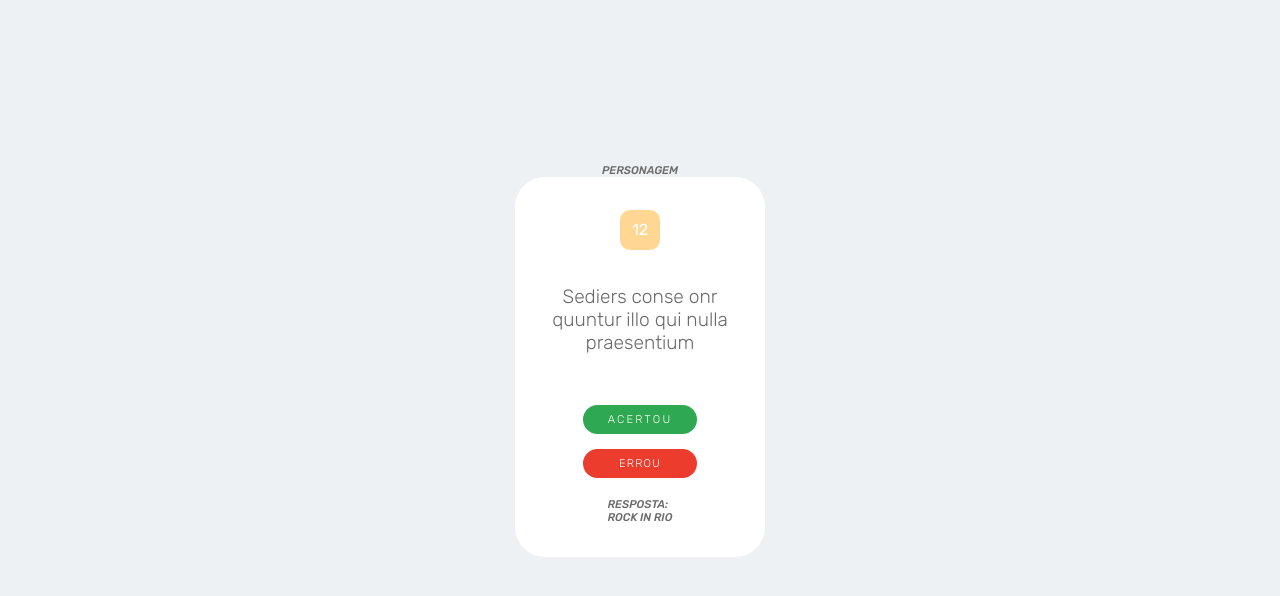
Repository: lucasthaynan/acertai
Page: index.html
These files come from the project's save history. The page is drawn as it stood at one moment and after the next save; the edit follows.
The browser window is 1280 px wide. The pictures show the whole page.

Above is the page before, as saved 2024-04-14 20:44:57.

### index.html
<!DOCTYPE html>
<html lang="en">
<head>
    <meta charset="UTF-8">
    <meta http-equiv="X-UA-Compatible" content="IE=edge">
    <meta name="viewport" content="width=device-width, initial-scale=1.0">
    <link rel="stylesheet" href="style.css">
    <title>AcertAí - Jogo</title>
</head>
<body>

    <section class="home">

        <div class="head-game">
            <img src="./imagens/logo.png" alt="">
            <div class="curve"></div>
        </div>

        <div class="option-times">
            <div class="two-times">2 times</div>
            <div class="three-times">3 times</div>
        </div>

    </section>

    <section class="info-times">

        <div class="container">
            <div class="name">
                <label>Nome do time</label>
                <input type="text" name="name_time" placeholder="Time A">
            </div>

            <div class="avatar">
                <p>Selecionar avatar</p>
                <div class="options-avatar">

                    <div class="image select" id="a">
                        <img src="./imagens/avatar/avatar_a.jpg" alt="">
                    </div>
                    <div class="image" id="b">
                        <img src="./imagens/avatar/avatar_a.jpg" alt="">
                    </div>
                    <div class="image" id="c">
                        <img src="./imagens/avatar/avatar_a.jpg" alt="">
                    </div>
                    <div class="image" id="d">
                        <img src="./imagens/avatar/avatar_a.jpg" alt="">
                    </div>
                    <div class="image" id="e">
                        <img src="./imagens/avatar/avatar_a.jpg" alt="">
                    </div>
                    <div class="image" id="f">
                        <img src="./imagens/avatar/avatar_a.jpg" alt="">
                    </div>
                </div>

            </div>

            <div class="container-btn">
                <input type="submit" value="Concluir">
            </div>

        </div>
    </section>


    <section class="random-category">
        <div class="category lugar view">
            <p>Lugar</p>
        </div>
        <div class="category personagem">
            <p>Personagem</p>
        </div>
        <div class="category tecnologia">
            <p>Tecnologia</p>
        </div>
        <div class="category objeto">
            <p>Objeto</p>
        </div>
        <div class="category ano">
            <p>Ano</p>
        </div>
    </section>

    <section class="select-tips personagem">

        <div class="name-category">
            <p>Personagem</p>
        </div>

        <div class="container options-game">

            <p>Escolher dica</p>

            <div class="options">
                <div class="btn" id="1">01</div>
                <div class="btn select" id="2">02</div>
                <div class="btn" id="3">03</div>
                <div class="btn" id="4">04</div>
                <div class="btn" id="5">05</div>
                <div class="btn" id="6">06</div>
                <div class="btn" id="7">07</div>
                <div class="btn" id="8">08</div>
                <div class="btn" id="9">09</div>
                <div class="btn" id="10">10</div>
                <div class="btn" id="11">11</div>
                <div class="btn" id="12">12</div>
                <div class="btn" id="13">13</div>
                <div class="btn" id="14">14</div>
                <div class="btn" id="15">15</div>
                <div class="btn" id="16">16</div>
                <div class="btn" id="17">17</div>
                <div class="btn" id="18">18</div>
                <div class="btn" id="19">19</div>
                <div class="btn" id="20">20</div>
            </div>

        </div>

        <div class="container tip">

            <div>
                <div class="number-tip">12</div>
                <div class="phrase">
                    <p>Sediers conse onr quuntur illo qui nulla praesentium</p>
                </div>
                <div class="btns-result">
                    <div class="right">Acertou</div>
                    <div class="missed">Errou</div>
                </div>

                <div class="result-correct">
                    <p>Resposta:</p>
                    <p class="name-correct">Rock in Rio</p>
                </div>
            </div>

        </div>

        <div class="time-process">
            <div class=""></div>
        </div>

    </section>



    <script src="./main.js"></script>
</body>
</html>

### style.css


@import url('https://fonts.googleapis.com/css2?family=Rubik:ital,wght@0,300..900;1,300..900&display=swap');


:root {
  --lugar: #FFD793;
  --personagem: #4074F5;
  --tecnologia: #28A37A;
  --objeto: #FE8369;
  --ano: #AF55CC;

  --bg-secundaria: #4074F5;
  --bg-claro: #FFFFFF;
  --bg: #EDF1F4;

  --text-claro: #FFFFFF;
  --text-escuro: #6A6A6A;

  --border: #E8EAEE;
  --border-active: #4074F5;

  --btn-right: #2FA852;
  --btn-missed: #EB3C2E;
}

* {
  margin: 0;
  padding: 0;

  font-family: "Rubik", sans-serif;
  font-optical-sizing: auto;
  font-size: 1rem;
  font-weight: 400;
  font-style: normal;

}


section {
    display: none;
    width: 100vw;
    height: 100vh;
    flex-direction: column;
    align-items: center;
    justify-content: flex-start;

}

p {
    font-size: 0.7rem;
    color: var(--text-escuro);
    font-style: italic;
    font-weight: 500;
    text-transform: uppercase;
}

/* HOME */

section.home {
    /* display: flex; */
    display: none;
    background-color: var(--bg);
}

section.home > div.head-game {
    display: flex;
    flex-direction: column;
    align-items: center;
    justify-content: center;
    width: 100vw;
    height: 230px;
    background-color: var(--bg-secundaria);
}

section.home > div.head-game img {
    width: 170px;
}

section.home > div.option-times {
    margin-top: 50px;
}

section.home > div.option-times > div {

    background-color: var(--btn-right);
    color: var(--text-claro);
    text-align: center;
    padding: 10px 40px;
    border-radius: 50px;
    margin-top: 30px;

    letter-spacing: 2.5px;
    text-transform: uppercase;
    font-weight: 300;
    font-size: 0.9rem;

    /* filter: drop-shadow(2px 2px 3px #d4d4d4); */

}


/* INFOS TIMES */

section.info-times {
    /* display: flex; */
    display: none;
    justify-content: center;
    align-items: center;
    background-color: var(--bg);
}

section.info-times .container {
    width: 250px;
    height: 400px;
    border-radius: 30px;
    background-color: var(--bg-claro);
}

section.info-times .avatar {
    display: flex;
    flex-direction: row;
    flex-wrap: wrap;
    justify-content: center;
    align-items: center;
}

section.info-times .options-avatar {
    display: flex;
    flex-direction: row;
    flex-wrap: wrap;
    justify-content: center;
    align-items: center;
    gap: 5px;
}


section.info-times .avatar img {
    width: 60px;
    border: 2px solid var(--border);
    border-radius: 16px;
    cursor: pointer;
}

section.info-times .avatar .select > img {
    border: 2px solid var(--border-active);
}

section.info-times .name {
    display: flex;
    flex-direction: column;
    justify-content: center;
    align-items: center;
    margin: 30px 0;
}

section.info-times .name label,
section.info-times .avatar p {
    font-size: 0.7rem;
    color: var(--text-escuro);
    font-style: italic;
    font-weight: 500;
    text-transform: uppercase;
    margin: 7px 0px;
}

section.info-times .container-btn {
    display: flex;
    justify-content: center;
    margin-top: 20px;
}


section.info-times .container-btn input {

    background-color: var(--btn-right);
    color: var(--text-claro);
    text-align: center;
    padding: 8px 25px;
    border-radius: 50px;
    margin-top: 15px;

    letter-spacing: 2.5px;
    text-transform: uppercase;
    font-weight: 300;
    font-size: 0.7rem;

    border: 0px;

}



section.info-times {
    /* display: flex; */
    display: none;
    justify-content: center;
    align-items: center;
    background-color: var(--bg);
}


/* RANDOM CATEGORY */

section.random-category {
    /* display: flex; */
    display: none;
    justify-content: center;
    align-items: center;
    background-color: var(--bg);
}

section.random-category .category {
    display: none;
    width: 100vw;
    height: 100vh;

}

section.random-category .category p {
    background-color: rgba(0, 0, 0, 0.208);
    color: var(--text-claro);
    text-align: center;
    padding: 10px 40px;
    border-radius: 50px;
    margin-top: 15px;

    letter-spacing: 2.5px;
    text-transform: uppercase;
    font-weight: 300;
    font-size: 1.2rem;

    border: 0px;
}

section.random-category .category.view {
    display: flex;
    /* display: none; */
    justify-content: center;
    align-items: center;
    background-color: var(--lugar);
}


section.random-category .category.lugar {
    background-color: var(--lugar);
}

section.random-category .category.personagem {
    background-color: var(--personagem);
}

section.random-category .category.tecnologia {
    background-color: var(--tecnologia);
}

section.random-category .category.ano {
    background-color: var(--ano);
}

section.random-category .category.objeto {
    background-color: var(--objeto);
}



/* SELECT TIPS */

section.select-tips {
    display: flex;
    /* display: none; */
    justify-content: center;
    align-items: center;
    flex-direction: column;
    background-color: var(--bg);
}


section.select-tips .container {
    width: 250px;
    height: 380px;
    border-radius: 30px;
    background-color: var(--bg-claro);
}

section.select-tips .container.options-game {
    /* display: flex; */
    display: none;
    flex-direction: column;
    justify-content: center;
    align-items: center;
}

section.select-tips .container.options-game .options {
    display: flex;
    flex-direction: row;
    justify-content: center;
    align-items: center;
    flex-wrap: wrap;
    gap: 8px;
    padding: 20px 20px;
}

section.select-tips .container.options-game .options div.btn {
    width: 20px;
    height: 20px;
    background-color: var(--lugar);
    padding: 10px;
    border-radius: 10px;
    display: flex;
    justify-content: center;
    align-items: center;
    color: var(--text-claro);
    cursor: pointer;
}


section.select-tips .container.options-game .options div.btn.select {
    opacity: 0.4;
    cursor: none;
    pointer-events: none;
}

section.select-tips .container.tip,
section.select-tips .container.tip > div {
    display: flex;
    /* display: none; */
    flex-direction: column;
    justify-content: center;
    align-items: center;

}

section.select-tips .container.tip > div {
    padding: 30px;
    gap: 20px;
}
section.select-tips .container.tip .number-tip {
    width: 20px;
    height: 20px;
    background-color: var(--lugar);
    padding: 10px;
    border-radius: 10px;
    display: flex;
    justify-content: center;
    align-items: center;
    color: var(--text-claro);
    cursor: pointer;
}

section.select-tips .container.tip .phrase {
    height: 100px;
    display: flex;
    justify-content: center;
    align-items: center;
}

section.select-tips .container.tip .phrase p {
    text-align: center;
    font-size: 1.2rem;
    font-style: normal;
    font-weight: 300;
    text-transform: none;
}


section.select-tips .container.tip .right {

    background-color: var(--btn-right);
    color: var(--text-claro);
    text-align: center;
    padding: 8px 25px;
    border-radius: 50px;
    margin-top: 15px;

    letter-spacing: 2.2px;
    text-transform: uppercase;
    font-weight: 300;
    font-size: 0.7rem;

    border: 0px;
}

section.select-tips .container.tip .missed {

    background-color: var(--btn-missed);
    color: var(--text-claro);
    text-align: center;
    padding: 8px 25px;
    border-radius: 50px;
    margin-top: 15px;

    letter-spacing: 1.2px;
    text-transform: uppercase;
    font-weight: 300;
    font-size: 0.7rem;

    border: 0px;
}

### main.js
let dataCartas;

// Função para carregar o JSON via Fetch
function carregarCartas() {
    fetch('./data/cartas.json')
        .then(response => {
            if (!response.ok) {
                throw new Error('Erro ao carregar o arquivo JSON');
            }
            return response.json();
        })
        .then(data => {
            dataCartas = data.cartas;
            // Aqui você pode fazer o que quiser com os dados carregados
            console.log(data);
            // Por exemplo, você pode chamar uma função para manipular as cartas
            manipularCartas(data.cartas);
        })
        .catch(error => {
            console.error('Ocorreu um erro:', error);
        });
}

// Função para embaralhar a ordem das afirmações
function embaralharAfirmações(afirmações) {
    // Copiando o array de afirmações
    const afirmaçõesEmbaralhadas = afirmações.slice();
    // Embaralhando o array
    for (let i = afirmaçõesEmbaralhadas.length - 1; i > 0; i--) {
        const j = Math.floor(Math.random() * (i + 1));
        [afirmaçõesEmbaralhadas[i], afirmaçõesEmbaralhadas[j]] = [afirmaçõesEmbaralhadas[j], afirmaçõesEmbaralhadas[i]];
    }
    return afirmaçõesEmbaralhadas;
}

// Função para manipular as cartas
function manipularCartas(cartas) {
    // Aqui você pode fazer o que quiser com as cartas, como exibir na tela, etc.
    // Por enquanto, vamos apenas imprimir no console
    cartas.forEach(carta => {
        console.log('Categoria:', carta.categoria);
        console.log('Resposta:', carta.resposta);
        console.log('Dificuldade:', carta.dificuldade);
        console.log('Afirmações:');
        const afirmaçõesEmbaralhadas = embaralharAfirmações(carta.afirmações);
        afirmaçõesEmbaralhadas.forEach(afirmação => {
            console.log('-', afirmação);
        });
        console.log('------------------');
    });
}

// Chamando a função para carregar as cartas quando a página é carregada
carregarCartas();

### data/cartas.json
{
    "cartas": [
      {
        "categoria": "Tecnologia",
        "resposta": "QR Code",
        "id": "TEC-01",
        "dificuldade": "médio",
        "afirmações": [
          "Foi criado no Japão",
          "É uma forma de código de barras",
          "Usado para armazenar informações",
          "Pode ser escaneado por smartphones",
          "Utilizado em pagamentos móveis",
          "Desenvolvido originalmente para a indústria automotiva",
          "Possui padrão de matriz quadrada",
          "Pode ser usado em marketing",
          "Armazena mais dados que um código de barras tradicional",
          "Sua leitura é rápida",
          "Contém padrões de erro para integridade de dados",
          "Pode ser personalizado esteticamente",
          "Utilizado em ingressos de eventos",
          "Também serve para acessar sites",
          "Pode conter vCards em eventos de networking",
          "Utilizado em ações de realidade aumentada",
          "Popular em campanhas publicitárias",
          "Pode codificar informação em ambos os eixos",
          "Usado em cartões de visita digitais",
          "Crescente uso em sistemas de saúde"
        ]
      },
      {
        "categoria": "Personagem",
        "resposta": "Cleópatra",
        "id": "PER-01",
        "dificuldade": "médio",
        "afirmações": [
          "Foi a última rainha do Egito",
          "Conhecida por sua beleza e inteligência",
          "Teve um caso com Júlio César",
          "Aliou-se politicamente com Marco Antônio",
          "Descendente da dinastia de Ptolomeu",
          "Sua morte marcou o fim do Egito Ptolomaico",
          "Conhecida por sua habilidosa diplomacia",
          "Famosa por um banho de leite",
          "Representada frequentemente em obras de arte",
          "Uma figura popular na história romana",
          "Foi mãe de Caesário",
          "Sua morte foi por suicídio, dizem, com uma áspide",
          "Ela reinou por 21 anos",
          "Habilmente manteve o poder enquanto aliada de Roma",
          "Tentou restaurar o prestígio de seu reino",
          "Reputada por ser poliglota",
          "Sua história foi dramatizada por Shakespeare",
          "Conhecida também por suas conquistas científicas",
          "Foi um ícone feminino da antiguidade",
          "Sua vida inspirou numerosos filmes"
        ]
      },
      {
        "categoria": "Lugar",
        "resposta": "Ilha de Páscoa",
        "id": "LUG-01",
        "dificuldade": "médio",
        "afirmações": [
          "Localizada no Oceano Pacífico",
          "Conhecida pelos moais, grandes estátuas de pedra",
          "Território é uma província do Chile",
          "É um dos locais mais isolados habitados do mundo",
          "Primeiro contato europeu em 1722",
          "Também chamada de Rapa Nui",
          "Polinésios são considerados os primeiros habitantes",
          "Tem um clima subtropical",
          "É uma atração turística popular",
          "A ilha tem uma área de cerca de 163 km²",
          "Os moais foram criados para honrar antepassados importantes",
          "Inscrita como Patrimônio Mundial da UNESCO",
          "Sua ecologia sofreu devido ao desmatamento",
          "A ilha também possui um vulcão adormecido",
          "Existem teorias sobre a extinção da cultura local",
          "A população local restringe turistas para conservar a cultura",
          "Artefatos antigos são encontrados por toda a ilha",
          "Tem um aeroporto que conecta ao continente",
          "Estudos indicam que a ilha foi povoada no século IV",
          "A ilha tem uma limitada biodiversidade devida à isolamento"
        ]
      },
      {
        "categoria": "Ano",
        "resposta": "1969",
        "id": "ANO-01",
        "dificuldade": "médio",
        "afirmações": [
          "Neil Armstrong pisou na Lua",
          "Woodstock atraiu cerca de 400 mil pessoas",
          "O Concorde fez seu primeiro voo de teste",
          "Richard Nixon tornou-se presidente dos EUA",
          "Primeiro episódio de 'Monty Python' foi ao ar",
          "Internet teve sua precursora, a ARPANET, iniciada",
          "Os Beatles fizeram sua última apresentação pública",
          "O primeiro transplant de olho foi realizado",
          "Liberdade para o amor, do Led Zeppelin, foi lançado",
          "A tropa de elite dos EUA sofreu em embate em Hamburger Hill",
          "O filme 'Butch Cassidy' foi um sucesso de bilheteira",
          "O Boeing 747 fez seu voo inaugural comercial",
          "A Ponte do Rio Kwai desabou",
          "Metralhadoras dispararam pela primeira vez em uma guerra",
          "O projeto Apollo foi televisionado ao vivo",
          "A Sesame Street estreou na televisão dos EUA",
          "Foi introduzida a classificação indicativa em filmes",
          "Os Mets ganharam a World Series pela primeira vez",
          "Primeiro transplante de coração artificial temporário",
          "O Vaticano iniciou reformas litúrgicas"
        ]
      },
      {
        "categoria": "Objeto",
        "resposta": "Fita Cassete",
        "id": "OBJ-01",
        "dificuldade": "fácil",
        "afirmações": [
          "Usada para gravação e reprodução de som",
          "Formato popular nas décadas de 70 e 80",
          "Vendida inicialmente em 1963",
          "Desenvolvida pela Philips",
          "Compacta e portátil comparada a alternativas",
          "Revolutionou a maneira como as pessoas ouviam música",
          "Gradualmente substituída por CDs",
          "Usava fita magnética para armazenar dados",
          "Possuía dois lados, A e B",
          "Pode ser rebobinada e avançada",
          "Foi parte do primeiro Sony Walkman",
          "Permitia criar mixtapes personalizadas",
          "Comumente usada em gravadores e tocadores de fita",
          "Sua qualidade de som é considerada baixa hoje",
          "Foi crucial para a disseminação do punk e novas ondas",
          "Suas vendas declinaram nos anos 90",
          "Experienciando um revival nostálgico",
          "Artistas modernos às vezes lançam neste formato",
          "Prone a enroscar e emaranhar",
          "Uma alternativa mais conveniente aos LPs de vinil"
        ]
      }
    ]
  }

After the next save:
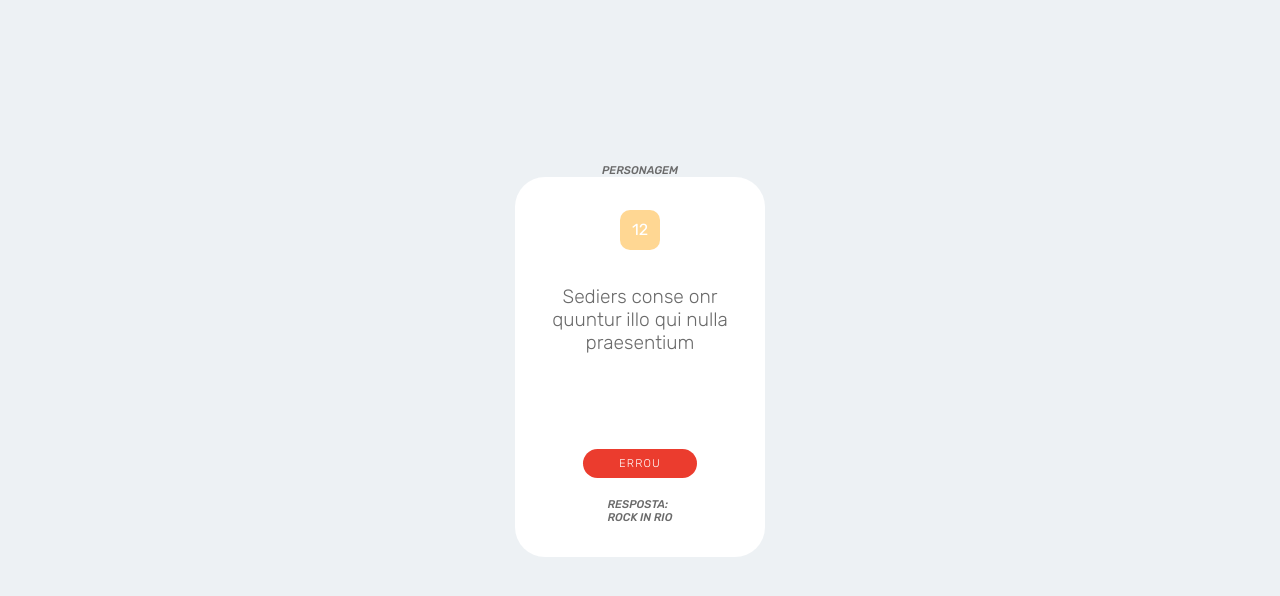
Saved 21 s later.
--- a/style.css
+++ b/style.css
@@ -364,9 +364,9 @@ section.select-tips .container.tip .phrase p {
 }
 
 
-section.select-tips .container.tip .right {
-
-    background-color: var(--btn-right);
+section.select-tips .container.tip .right,
+section.select-tips .container.tip .missed {
+
     color: var(--text-claro);
     text-align: center;
     padding: 8px 25px;
